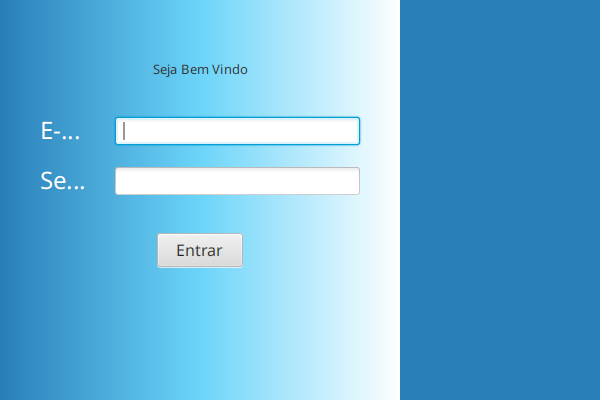
Repository: AlanVidalll/Curso-Java-Completo
Program's window: java exercicios-javafx/fxml/AppFXML.java
These files come from the project's save history. The program's window is drawn as it stood at one moment and after the next save; the edit follows.
It runs on Java 21 on a 1366 x 768 screen with JavaFX 11; the title bar is not drawn.

Above is the program's window before, as saved 2020-04-11 21:02:10.

### exercicios-javafx/fxml/AppFXML.java
package fxml;

import java.net.URL;

import javafx.application.Application;
import javafx.fxml.FXMLLoader;
import javafx.scene.Scene;
import javafx.scene.layout.GridPane;
import javafx.stage.Stage;

public class AppFXML extends Application {

	@Override
	public void start(Stage primaryStage) throws Exception {


		String arquivoCSS = getClass().getResource("/fxml/Login.css").toExternalForm();
		URL arquivoFXML = getClass().getResource("/fxml/Login.fxml");
		GridPane raiz = FXMLLoader.load(arquivoFXML);

		Scene cena = new Scene(raiz,400,400);
		cena.getStylesheets().add(arquivoCSS);

		primaryStage.setResizable(false);
		primaryStage.setTitle("Tela de Login");
		primaryStage.setScene(cena);
		primaryStage.show();

	}

	public static void main(String[] args) {
		launch(args);
	}

}

### exercicios-javafx/src/fxml1/LoginControlador.java
package fxml;

import javafx.fxml.FXML;
import javafx.scene.control.PasswordField;
import javafx.scene.control.TextField;

public class LoginControlador {

	@FXML
	private TextField campoEmail;
	@FXML
	private PasswordField campoSenha;

	public void entrar() {
		boolean emailValido = campoEmail.getText().equals("alanvidal@gmail.com");
		boolean senhaValida = campoSenha.getText().equals("123456");

		if(emailValido && senhaValida) {
			System.out.println("Certo");
			/*Notifications.create()
			.position(Pos.TOP_RIGHT)
			.title("Login FXML")
			.text("Login efetuado com Sucesso!!!")
			.showInformation();*/
		}else {
			System.out.println("Errado");
		}

	}

}

### exercicios-javafx/fxml/Login.fxml
<?xml version="1.0" encoding="UTF-8"?>

<?import javafx.geometry.Insets?>
<?import javafx.scene.layout.*?>
<?import javafx.scene.control.*?>

<GridPane xmlns:fx="http://javafx.com/fxml/1"
  fx:controller="fxml.LoginControlador"
  styleClass="login" hgap="15" vgap="15">

     <padding>
     <Insets  left="40" right="40" top="40" bottom="40"/>
     </padding>

     <columnConstraints>
     <ColumnConstraints minWidth="60" prefWidth="60" halignment="right" />
     <ColumnConstraints prefWidth="100" maxWidth="Infinity" hgrow="ALWAYS" />
     </columnConstraints>

	<Label text="Seja Bem Vindo"
	styleClass="login-titulo"
		GridPane.columnIndex="0" GridPane.rowIndex="0"
		 GridPane.columnSpan="2" GridPane.halignment= "CENTER">
		 <GridPane.margin>
		   <Insets   top="20" bottom="20"/>
		 </GridPane.margin>
		 </Label>

	<Label text="E-mail:"
	styleClass="login-form-label"
		GridPane.columnIndex="0" GridPane.rowIndex="1"></Label>
	<TextField fx:id="campoEmail"
		GridPane.columnIndex="1" GridPane.rowIndex="1"></TextField>

	<Label text="Senha:"
	styleClass="login-form-label"
		GridPane.columnIndex="0" GridPane.rowIndex="2"></Label>
	<PasswordField fx:id="campoSenha"
		GridPane.columnIndex="1" GridPane.rowIndex="2"></PasswordField>

	<Button text="  Entrar  "
	styleClass="login-form-botao"
		GridPane.columnIndex="0" GridPane.rowIndex="3"
		GridPane.columnSpan="2" GridPane.halignment= "CENTER"
		onAction="#entrar">
		 <GridPane.margin>
		   <Insets   top="20" bottom="20"/>
		 </GridPane.margin>
		 </Button>

</GridPane>

### exercicios-javafx/fxml/Login.css
.login{

	-fx-background-color:  linear-gradient(to right, rgb(41, 128, 185), rgb(109, 213, 250), rgb(255, 255, 255));
}
.login-tituloo{
	-fx-font-size: 24px;
	-fx-text-fill: #FFF;


}
.login-form-label{

	-fx-font-size: 24px;
	-fx-text-fill: #FFF;
}
.login-form-botao{
	-fx-font-size: 16px;


}

After the next save:
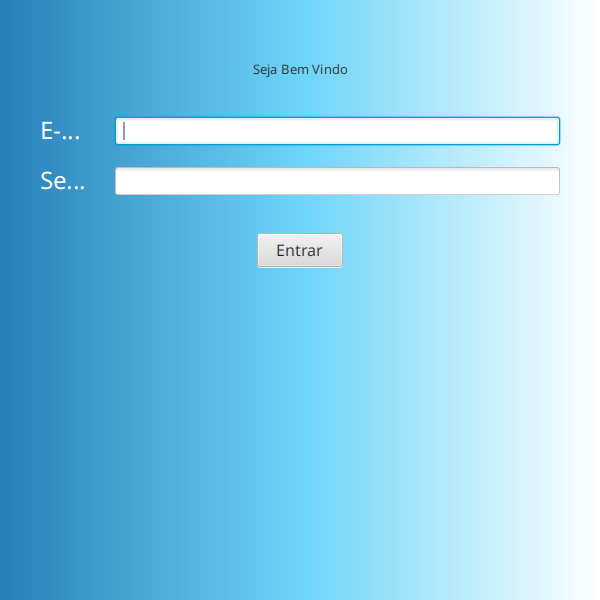
Saved 18 s later.
--- a/exercicios-javafx/fxml/AppFXML.java
+++ b/exercicios-javafx/fxml/AppFXML.java
@@ -18,7 +18,7 @@
 		URL arquivoFXML = getClass().getResource("/fxml/Login.fxml");
 		GridPane raiz = FXMLLoader.load(arquivoFXML);
 
-		Scene cena = new Scene(raiz,400,400);
+		Scene cena = new Scene(raiz,600,600);
 		cena.getStylesheets().add(arquivoCSS);
 
 		primaryStage.setResizable(false);
